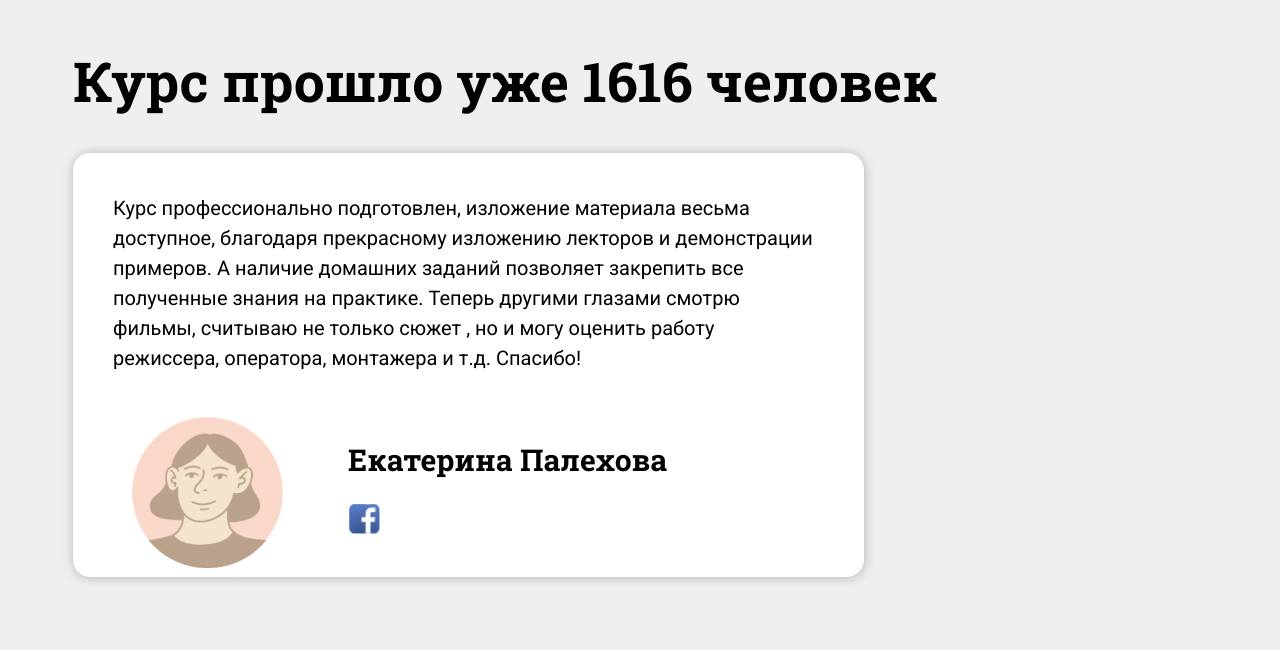
Repository: Solf555/task1
Page: index.html
These files come from the project's save history. The page is drawn as it stood at one moment and after the next save; the edit follows.
The browser window is 1280 px wide. The pictures show the whole page.

Above is the page before, as saved 2023-12-16 13:27:14.

After the next save:
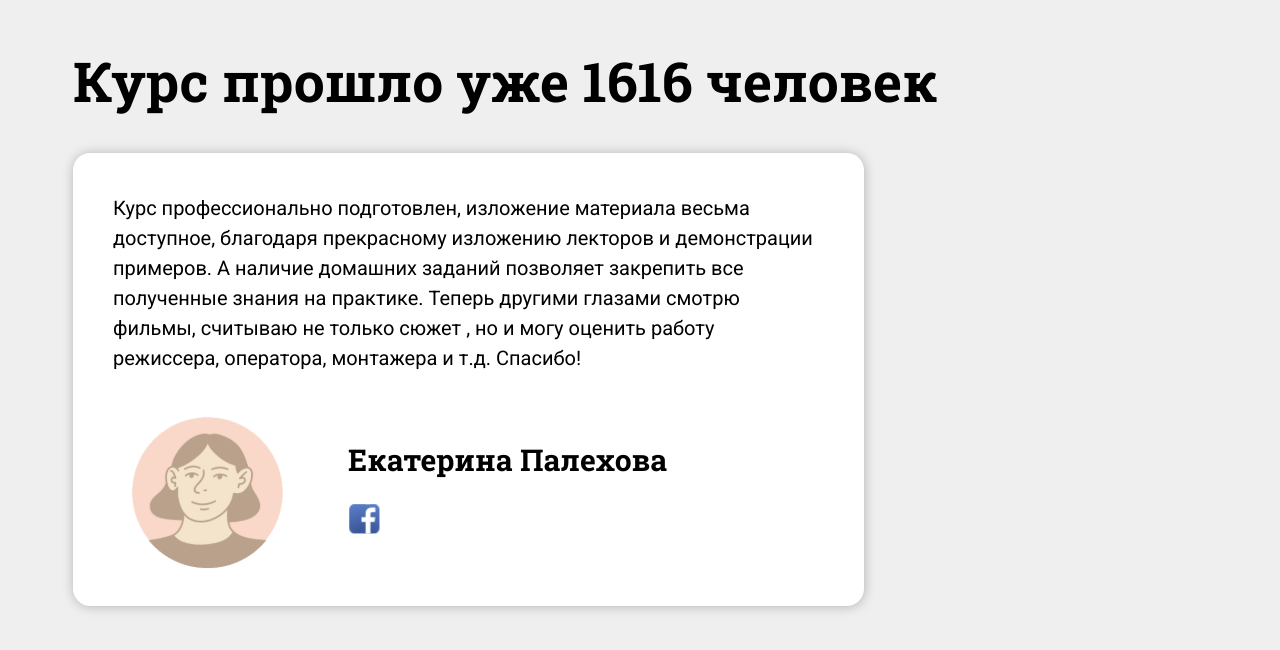
Saved 19 s later.
--- a/index.css
+++ b/index.css
@@ -20,7 +20,7 @@ h1 {
   margin-bottom: 44px;
 }
 .card {
-  padding: 40px 46px 0 40px;
+  padding: 40px 46px 29px 40px;
   border-radius: 17.375px;
   background: #fff;
   box-shadow: 0.579px 0.579px 11.583px 0px rgba(0, 0, 0, 0.25);
